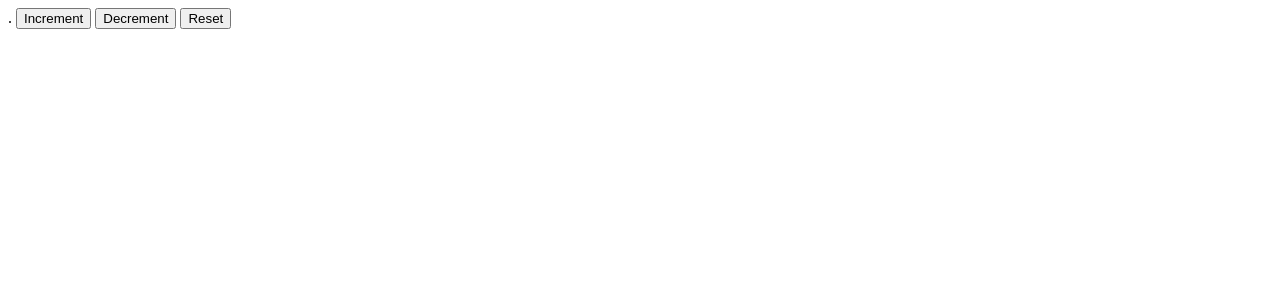
Repository: EguJaredoBoyd/Jared-Counter-App
Page: index.html
The author's editor kept a copy of each file at every save. The page is drawn from the files as they stood at one save, then again after the next save.
The browser window is 1280 px wide. The pictures show the whole page.

Above is the page before, as saved 2025-11-16 21:49:10.
Console error: TypeError: Cannot set properties of null (setting 'textContent')

After the next save:
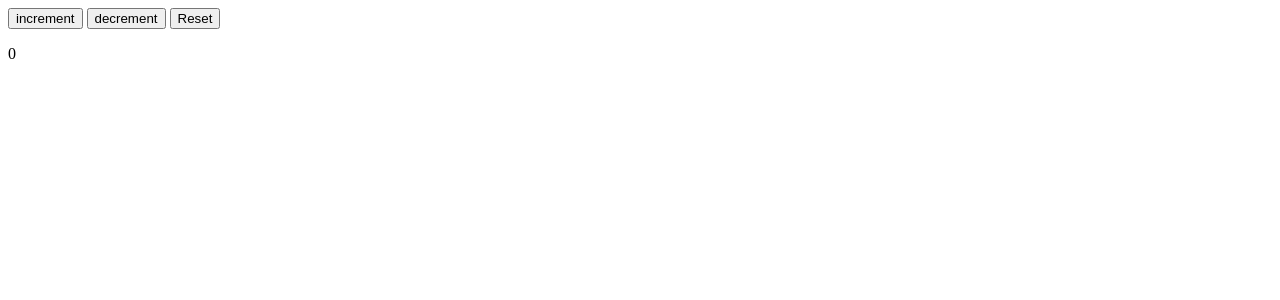
The error is gone.
Saved 34 s later.
--- a/index.html
+++ b/index.html
@@ -5,16 +5,16 @@
     <meta charset="UTF-8">
     <meta name="viewport" content="width=device-width, initial-scale=1.0">
     <title>Document</title>
-    <link rel="stylesheet" href="style.css">.
+    <link rel="stylesheet" href="style.css">
     <script src="script.js" defer></script>
 </head>
 
 <body>
-    <button id="increment-button">Increment</button>
-    <button id="decrement-button">Decrement</button>
-    <button id="reset-button">Reset</button>
+    <button id="increment">increment</button>
+    <button id="decrement">decrement</button>
+    <button id="reset">Reset</button>
 
-    <p id="number-counter"></p>
+    <p id="start-count">0</p>
 
 </body>
 
